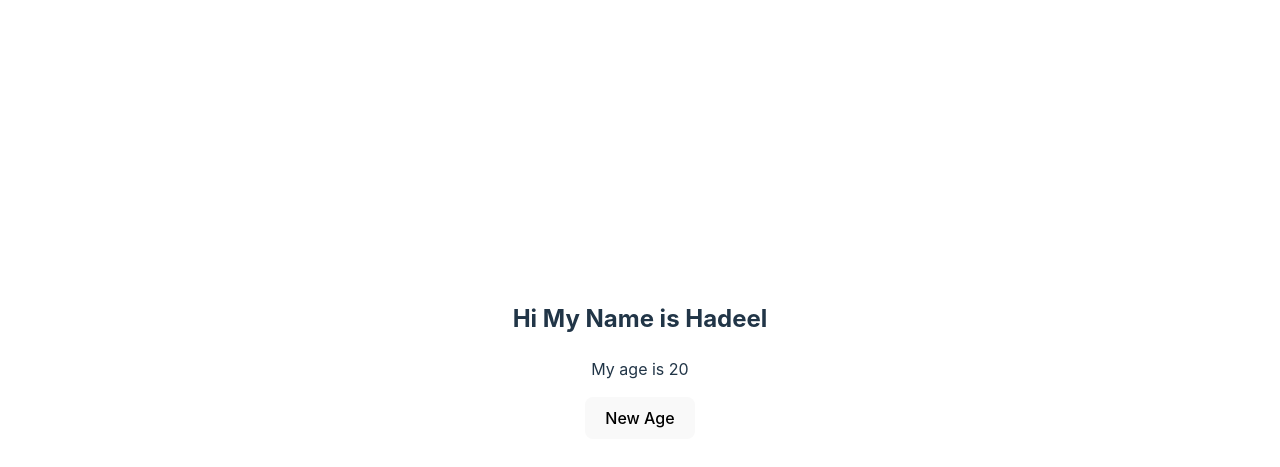
Repository: HadelAbdellatif/React_App5
Page: /
An editor plug-in stored every save of this project. The page is shown before and after a run of saves, followed by the edit.
The browser window is 1280 px wide. The pictures show the whole page.
The project was rebuilt for these pictures with package versions that can differ from the ones it lists, and the page was loaded fresh each time. Also part of the build but not shown: vite.config.js.

Above is the page before, as saved 2023-11-03 15:05:22.

### src/App.jsx
import { useState } from 'react'
import reactLogo from './assets/react.svg'
import viteLogo from '/vite.svg'
import './App.css'
import Product from './component/product/Product.jsx'


function App() {



  return (
    <>
    <Product />
    </>
  )
}

export default App

### src/component/product/Product.jsx
import React, { useState } from 'react'

export default function Product() {


  let [age, setAge] = useState(20);

  const newAge = (a) => {
    setAge(a);
  }

  return (
    <>
    <h2>Hi My Name is Hadeel</h2>
    <p>My age is {age}</p>
    <button onClick={() => newAge(10)}>New Age</button>

    </>
  )
}

Loaded but not shown: index.html (common file); src/main.jsx (common file); src/index.css (common file); src/App.css (common file)

After the next 9 saves:
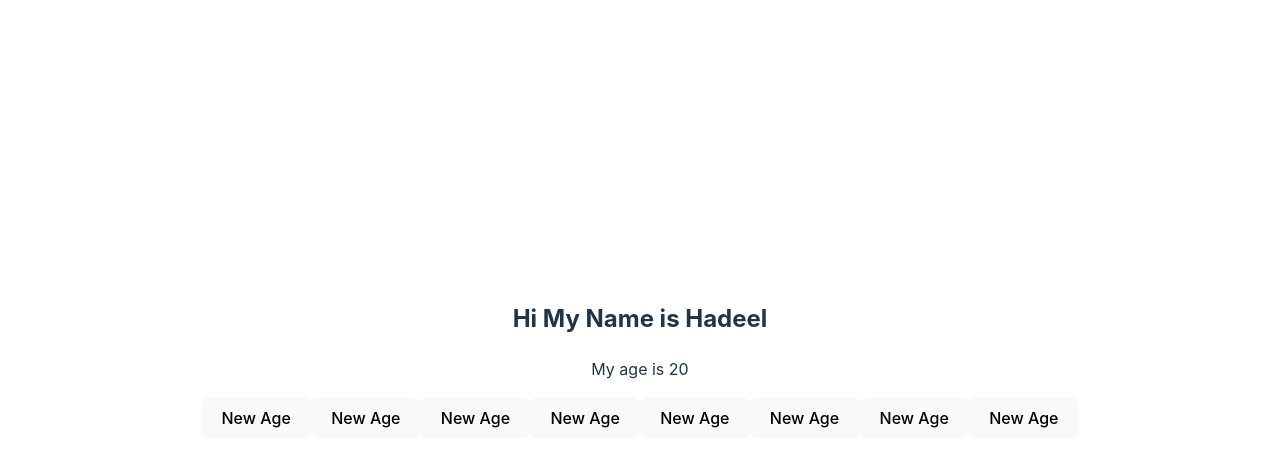
The 9 saves are shown as one change because they came seconds apart.
The last was saved 4 min 35 s later.
--- a/src/component/product/Product.jsx
+++ b/src/component/product/Product.jsx
@@ -14,6 +14,14 @@
     <h2>Hi My Name is Hadeel</h2>
     <p>My age is {age}</p>
     <button onClick={() => newAge(10)}>New Age</button>
+    <button onClick={() => newAge(20)}>New Age</button>
+    <button onClick={() => newAge(30)}>New Age</button>
+    <button onClick={() => newAge(40)}>New Age</button>
+    <button onClick={() => newAge(50)}>New Age</button>
+    <button onClick={() => newAge(60)}>New Age</button>
+    <button onClick={() => newAge(70)}>New Age</button>
+    <button onClick={() => newAge(80)}>New Age</button>
+
 
     </>
   )

After the 2 saves that followed:
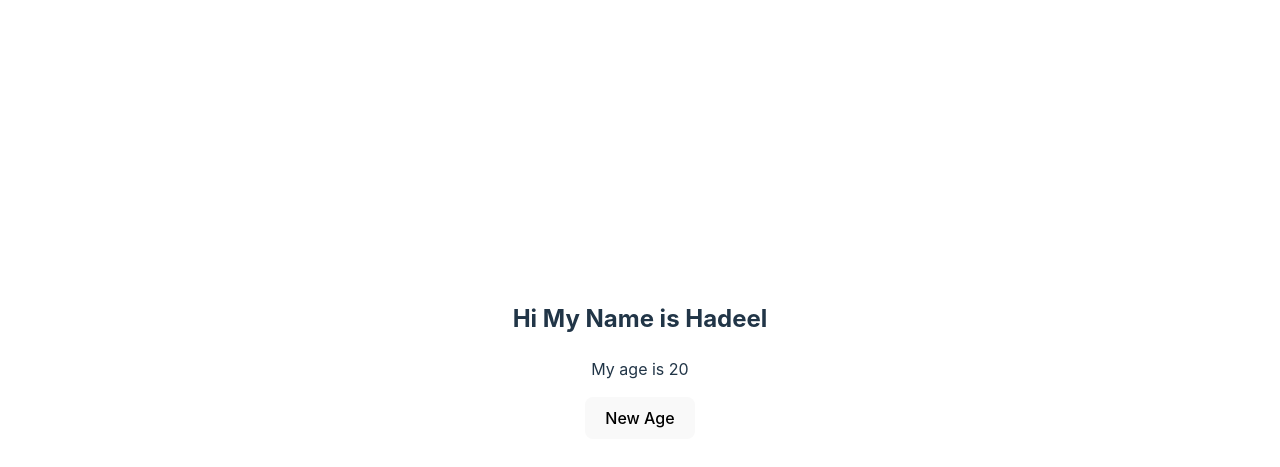
The 2 saves are shown as one change because they came seconds apart.
The last was saved 18 s later.
--- a/src/component/product/Product.jsx
+++ b/src/component/product/Product.jsx
@@ -14,15 +14,6 @@
     <h2>Hi My Name is Hadeel</h2>
     <p>My age is {age}</p>
     <button onClick={() => newAge(10)}>New Age</button>
-    <button onClick={() => newAge(20)}>New Age</button>
-    <button onClick={() => newAge(30)}>New Age</button>
-    <button onClick={() => newAge(40)}>New Age</button>
-    <button onClick={() => newAge(50)}>New Age</button>
-    <button onClick={() => newAge(60)}>New Age</button>
-    <button onClick={() => newAge(70)}>New Age</button>
-    <button onClick={() => newAge(80)}>New Age</button>
-
-
     </>
   )
 }
